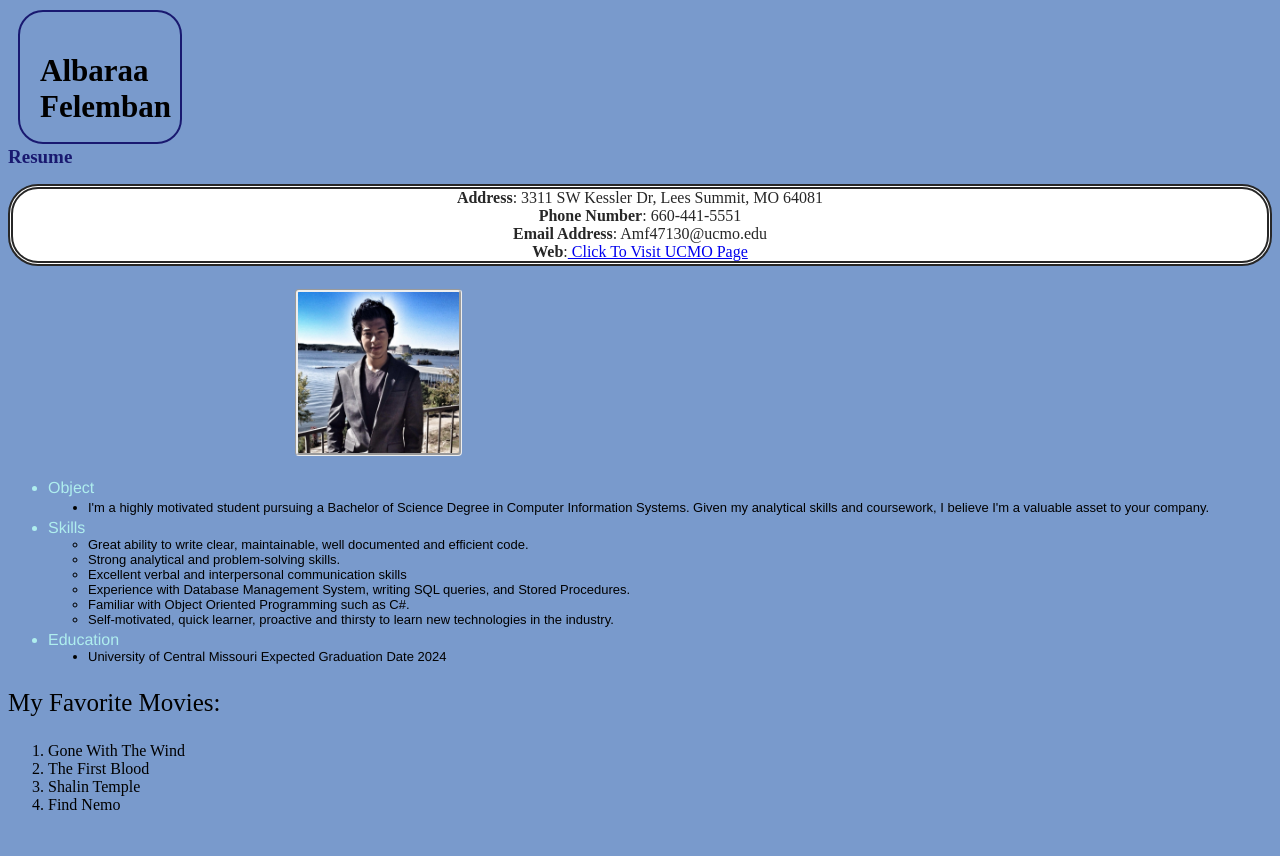
Repository: MrFelemban/RealEstate_Web-cis2625
Page: lesson1/index.html
The author's editor kept a record of every edit. The page is drawn from the files as they stood at one moment, then again after the next edit.
The browser window is 1280 px wide. The pictures show the whole page.

Above is the page before.

### lesson1/index.html
<!DOCTYPE html>

<head>
	<meta charset="UTF-8">
	<title> My Resume </title>
	<link rel="stylesheet" href="./Resume.css" type="text/css">
</head>

<body>
	<table name="top" id="top">
		<tr>
			<td>
				<img src="PersonalPhoto.jpg" alt="Profile Picture">
			</td>
			<div class="Div_Name">
				<h1> Albaraa Felemban</h1>
			</div>
			<h2>Resume</h2>
			<div class="myDiv">
				<b>Address</b>: 3311 SW Kessler Dr, Lees Summit, MO 64081</br>
				<b>Phone Number</b>: 660-441-5551</br>
				<b>Email Address</b>: Amf47130@ucmo.edu</br>
				<b>Web</b>:<a href=" http://www.ucmo.edu"> Click To Visit UCMO Page </a>
				</td>
		</tr>
		</div>
	</table>
	<ul>
		<li class="Subject">Object</li>

		<li id="Hook">I'm a highly motivated student pursuing a Bachelor of Science Degree in Computer Information Systems. Given my analytical skills and coursework, I believe I'm a valuable asset to your company.</li>

		<li class="Subject">Skills</li>

		<div class="Skills">
			<ul>
				<li>Great ability to write clear, maintainable, well documented and efficient code.</li>
				<li>Strong analytical and problem-solving skills.</li>
				<li>Excellent verbal and interpersonal communication skills</li>
				<li>Experience with Database Management System, writing SQL queries, and Stored Procedures.</li>
				<li>Familiar with Object Oriented Programming such as C#.</li>
				<li>Self-motivated, quick learner, proactive and thirsty to learn new technologies in the industry.</li>
			</ul>
		</div>
		<li class="Subject">Education</li>
		<li id="Education">
			University of Central Missouri Expected Graduation Date 2024
		</li>
	</ul>
	<p> My Favorite Movies: </p>
	<ol>
		<li>Gone With The Wind</li>
		<li>The First Blood</li>
		<li>Shalin Temple</li>
		<li>Find Nemo</li>
	</ol>



</body>

</html>

### lesson1/Resume.css
	body {
		background-color: #799ACC;
	}

	.myDiv {
		border: 5px double #272727;
		border-radius: 30px;
		background-color: white;
		text-align: center;
		list-style-position: inside;
		color: #272727;

	}

	img {
		width: 161px;
		height: 161px;
		margin-left: 170%;
		margin-top: 20px;
		text-align: justify;
		border-radius: 4px;
		border: groove;


	}

	.Div_Name {

		margin: 10px;
		padding: 5px;
		background: transparent;
		font-size: 97%;
		float: inherit;
		margin-bottom: 2px;
		list-style-position: inside;

		border-radius: 25px;
		border: 2px solid #191970;
		padding: 20px;
		width: 120px;
		height: 90px;
	}

	p {
		font-family: serif;
		font-size: 25px;
		color: black;
	}

	#Hook {
		font-family: sans-serif;
		color: black;
		font-size: 13px;
		margin-left: 40px;
		margin-top: 3px;
		text-align: justify;
	}

	.Subject {
		font-family: helvetica;
		color: #AFEEEE;
		text-align: justify;
		margin-top: 4px;

	}


	.Skills>ul li {
		color: black;
		font-family: sans-serif;
		font-size: 13px;

	}

/* "Resume" word code*/
	h2 {
		color: #191970;
		font-size: 19px;
		font-family: Black Times;
		margin-top: 1px;

}

	#Education {
		font-family: helvetica;
		color: Black;
		font-size: 13px;
		margin-left: 40px;
	}
	.Course_Work {
		font-family: sans-serif;
		font-size: 13px;
	}
	#Courses{
		margin-top:-9px;
		margin-bottom: -10px;
		margin-left: 5px;
		font-size:19px;
		color: #CD853F;
		text-shadow: 2px 0 black, 0 1px black, 1px 0 black, 0 -1px black;

	}

After the next edit:
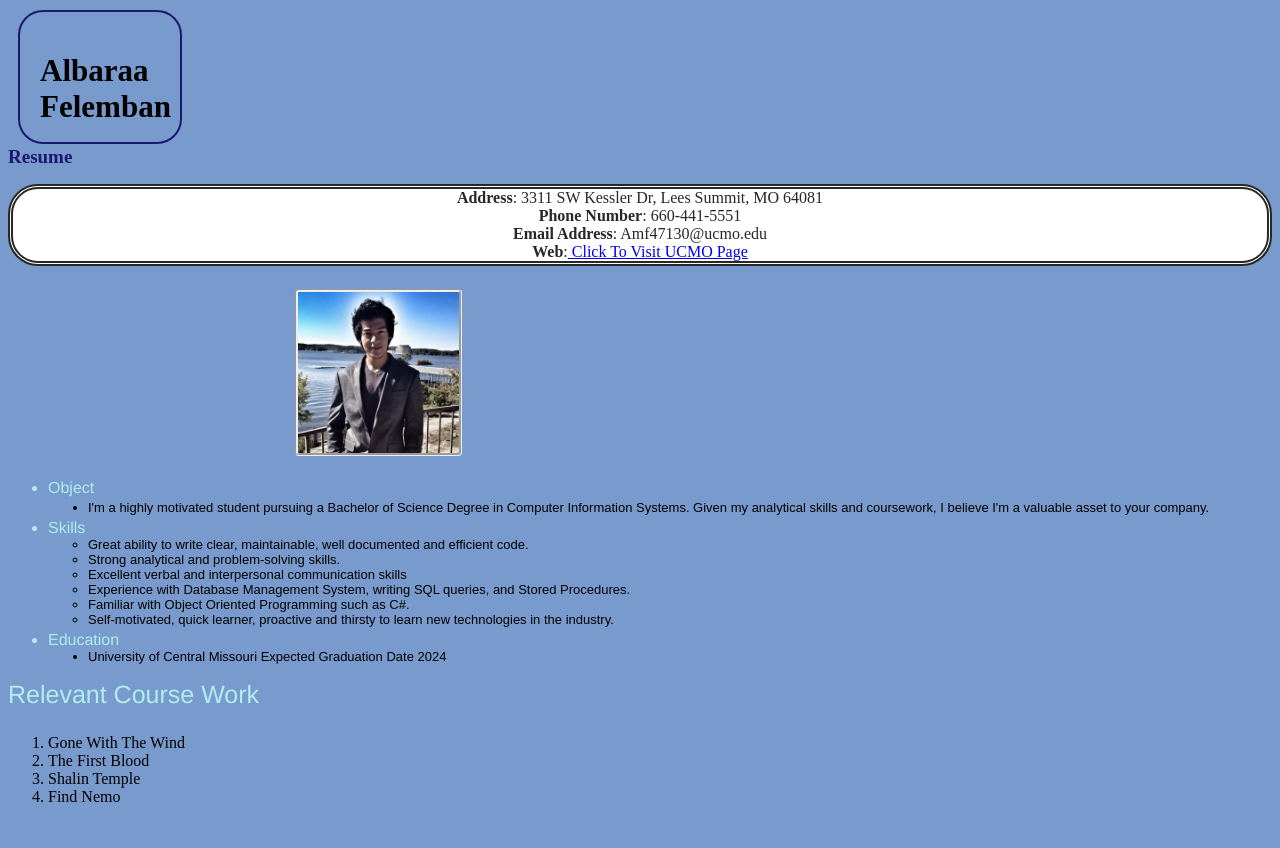
The edit:
--- a/lesson1/index.html
+++ b/lesson1/index.html
@@ -47,7 +47,7 @@
 			University of Central Missouri Expected Graduation Date 2024
 		</li>
 	</ul>
-	<p> My Favorite Movies: </p>
+	<p class="Subject">Relevant Course Work </p>
 	<ol>
 		<li>Gone With The Wind</li>
 		<li>The First Blood</li>
